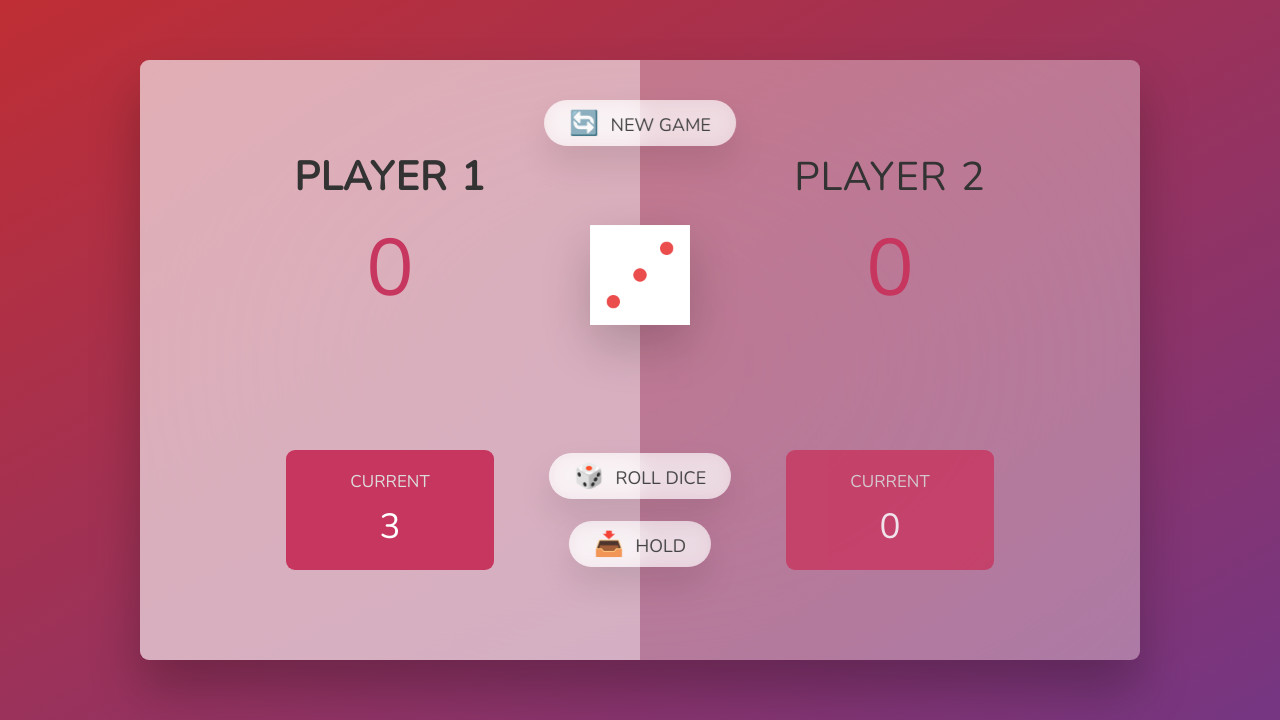
Repository: AbanoubSamyTawfek2002/pig-game
Page: index.html
An editor plug-in stored every save of this project. The page is shown before and after the next save, followed by the edit.
The browser window is 1280 px wide. The pictures show the whole page.
After loading, the first visible `button.btn--roll` was clicked once.

Above is the page before, as saved 2025-09-29 01:12:15.

### index.html
<!DOCTYPE html>
<html lang="en">
  <head>
    <meta charset="UTF-8" />
    <meta name="viewport" content="width=device-width, initial-scale=1.0" />
    <meta http-equiv="X-UA-Compatible" content="ie=edge" />
    <link rel="stylesheet" href="style.css" />
    <title>Pig Game</title>
  </head>
  <body>
    <main>
      <section class="player player--0 player--active">
        <h2 class="name" id="name--0">Player 1</h2>
        <p class="score" id="score--0">43</p>
        <div class="current">
          <p class="current-label">Current</p>
          <p class="current-score" id="current--0">0</p>
        </div>
      </section>
      <section class="player player--1">
        <h2 class="name" id="name--1">Player 2</h2>
        <p class="score" id="score--1">24</p>
        <div class="current">
          <p class="current-label">Current</p>
          <p class="current-score" id="current--1">0</p>
        </div>
      </section>

      <img src="dice-5.png" alt="Playing dice" class="dice" />
      <button class="btn btn--new">🔄 New game</button>
      <button class="btn btn--roll">🎲 Roll dice</button>
      <button class="btn btn--hold">📥 Hold</button>
    </main>
    <script src="script.js"></script>
  </body>
</html>

### style.css
@import url('https://fonts.googleapis.com/css2?family=Nunito&display=swap');

* {
  margin: 0;
  padding: 0;
  box-sizing: inherit;
}

html {
  font-size: 62.5%;
  box-sizing: border-box;
}

body {
  font-family: 'Nunito', sans-serif;
  font-weight: 400;
  height: 100vh;
  color: #333;
  background-image: linear-gradient(to top left, #753682 0%, #bf2e34 100%);
  display: flex;
  align-items: center;
  justify-content: center;
}

.hidden {
  display: none;
}
/* LAYOUT */
main {
  position: relative;
  width: 100rem;
  height: 60rem;
  background-color: rgba(255, 255, 255, 0.35);
  backdrop-filter: blur(200px);
  filter: blur();
  box-shadow: 0 3rem 5rem rgba(0, 0, 0, 0.25);
  border-radius: 9px;
  overflow: hidden;
  display: flex;
}

.player {
  flex: 50%;
  padding: 9rem;
  display: flex;
  flex-direction: column;
  align-items: center;
  transition: all 0.75s;
}

/* ELEMENTS */
.name {
  position: relative;
  font-size: 4rem;
  text-transform: uppercase;
  letter-spacing: 1px;
  word-spacing: 2px;
  font-weight: 300;
  margin-bottom: 1rem;
}

.score {
  font-size: 8rem;
  font-weight: 300;
  color: #c7365f;
  margin-bottom: auto;
}

.player--active {
  background-color: rgba(255, 255, 255, 0.4);
}
.player--active .name {
  font-weight: 700;
}
.player--active .score {
  font-weight: 400;
}

.player--active .current {
  opacity: 1;
}

.current {
  background-color: #c7365f;
  opacity: 0.8;
  border-radius: 9px;
  color: #fff;
  width: 65%;
  padding: 2rem;
  text-align: center;
  transition: all 0.75s;
}

.current-label {
  text-transform: uppercase;
  margin-bottom: 1rem;
  font-size: 1.7rem;
  color: #ddd;
}

.current-score {
  font-size: 3.5rem;
}

/* ABSOLUTE POSITIONED ELEMENTS */
.btn {
  position: absolute;
  left: 50%;
  transform: translateX(-50%);
  color: #444;
  background: none;
  border: none;
  font-family: inherit;
  font-size: 1.8rem;
  text-transform: uppercase;
  cursor: pointer;
  font-weight: 400;
  transition: all 0.2s;

  background-color: white;
  background-color: rgba(255, 255, 255, 0.6);
  backdrop-filter: blur(10px);

  padding: 0.7rem 2.5rem;
  border-radius: 50rem;
  box-shadow: 0 1.75rem 3.5rem rgba(0, 0, 0, 0.1);
}

.btn::first-letter {
  font-size: 2.4rem;
  display: inline-block;
  margin-right: 0.7rem;
}

.btn--new {
  top: 4rem;
}
.btn--roll {
  top: 39.3rem;
}
.btn--hold {
  top: 46.1rem;
}

.btn:active {
  transform: translate(-50%, 3px);
  box-shadow: 0 1rem 2rem rgba(0, 0, 0, 0.15);
}

.btn:focus {
  outline: none;
}

.dice {
  position: absolute;
  left: 50%;
  top: 16.5rem;
  transform: translateX(-50%);
  height: 10rem;
  box-shadow: 0 2rem 5rem rgba(0, 0, 0, 0.2);
}

.player--winner {
  background-color: #2f2f2f;
}

.player--winner .name {
  font-weight: 700;
  color: #c7365f;
}

### script.js
'use strict';

const score0El = document.getElementById('score--0');
const score1El = document.getElementById('score--1');
const diceEl = document.querySelector('.dice');
const btnNew = document.querySelector('.btn--new');
const btnRoll = document.querySelector('.btn--roll');
const btnHold = document.querySelector('.btn--hold');
const current0 = document.getElementById('current--0');
const current1 = document.getElementById('current--1');
const playerActive0 = document.querySelector('.player--0');
const playerActive1 = document.querySelector('.player--1');
const scores = [0, 0];
let currentscore0 = 0;
let currentPlayer = 0;
score0El.textContent = 0;
score1El.textContent = 0;
diceEl.classList.add('hidden');

btnRoll.addEventListener('click', () => {
  const random = Math.trunc(Math.random() * 6 + 1);
  diceEl.classList.remove('hidden');
  diceEl.src = `dice-${random}.png`;
  if (random !== 1) {
    currentscore0 += random;
    document.getElementById(`current--${currentPlayer}`).textContent =
      currentscore0;
  } else {
    currentscore0 = 0;
    currentPlayer = currentPlayer === 0 ? 1 : 0;
    playerActive1.classList.toggle('player--active');
    document.getElementById(`current--${currentPlayer}`).textContent =
      currentscore0;
  }
});

After the next save:
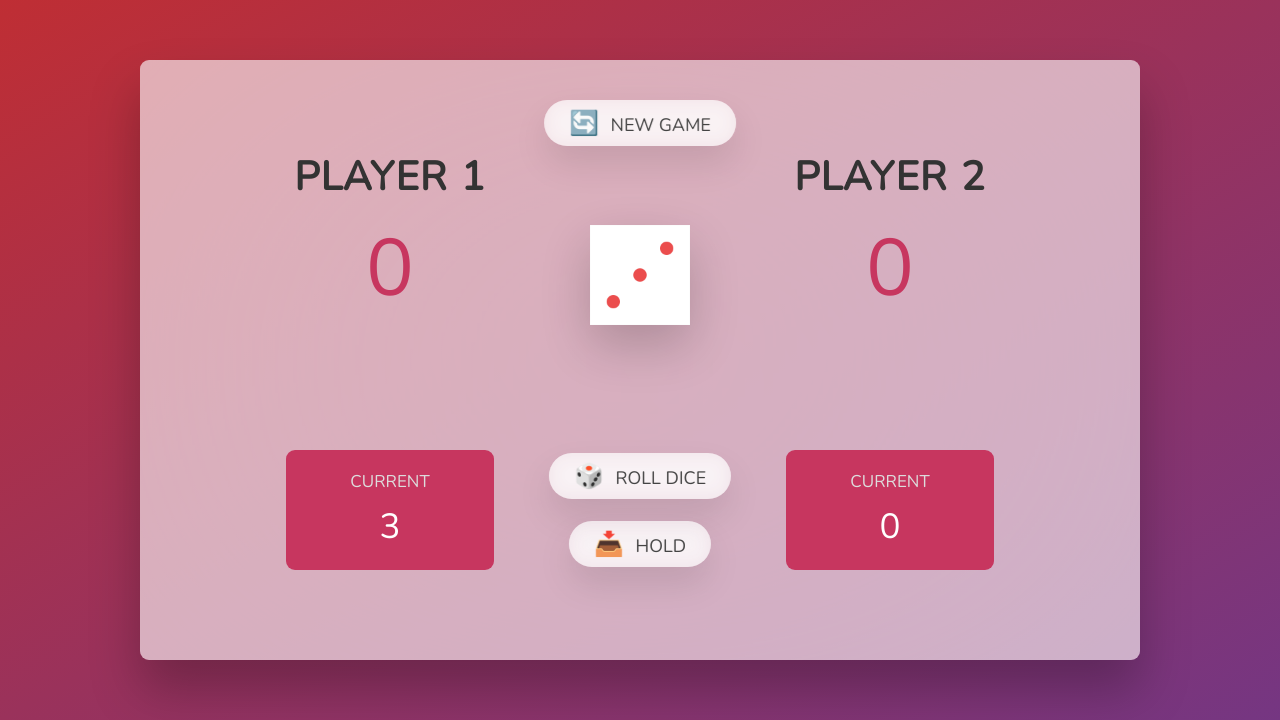
Saved 15 h 10 min later.
--- a/script.js
+++ b/script.js
@@ -25,10 +25,10 @@ btnRoll.addEventListener('click', () => {
     currentscore0 += random;
     document.getElementById(`current--${currentPlayer}`).textContent =
       currentscore0;
+    playerActive1.classList.toggle('player--active');
   } else {
     currentscore0 = 0;
     currentPlayer = currentPlayer === 0 ? 1 : 0;
-    playerActive1.classList.toggle('player--active');
     document.getElementById(`current--${currentPlayer}`).textContent =
       currentscore0;
   }
